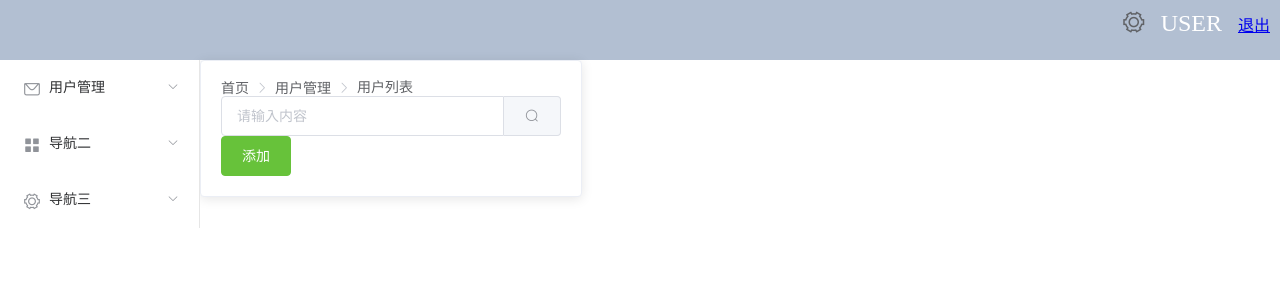
Repository: euphor1azzy/testlist
Page: /#/users (app in list/)
The author's editor kept a copy of each file at every save. The page is drawn from the files as they stood at one save, then again after the next save.
The browser window is 1280 px wide. The pictures show the whole page.
The project was rebuilt for these pictures with package versions that can differ from the ones it lists, and the page was loaded fresh each time. Also part of the build but not shown: list/src/views/login/login.vue.

Above is the page before, as saved 2020-08-25 17:23:12.

After the next save:
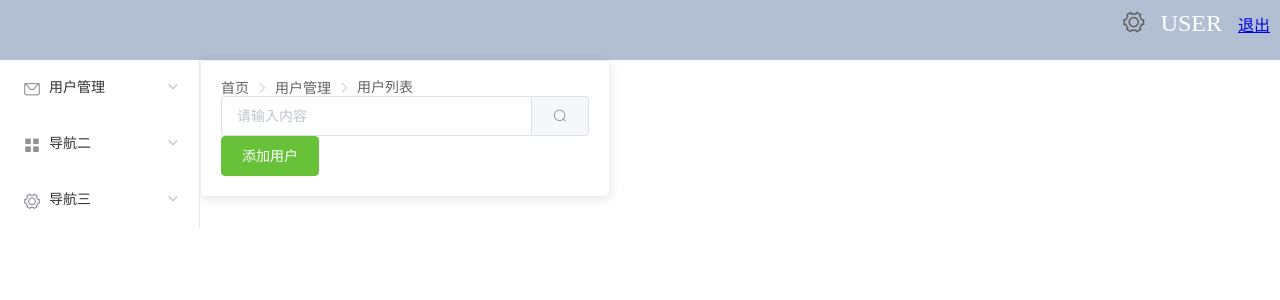
Saved 39 s later.
--- a/list/src/components/users/users.vue
+++ b/list/src/components/users/users.vue
@@ -16,7 +16,7 @@
                      <el-input placeholder="请输入内容" v-model="input3" class="input-with-select">
                           <el-button  slot="append" icon="el-icon-search"></el-button>
                      </el-input>
-                      <el-button type="success">添加</el-button>
+                      <el-button type="success">添加用户</el-button>
         </el-col>
     </el-row>
 </el-card>
